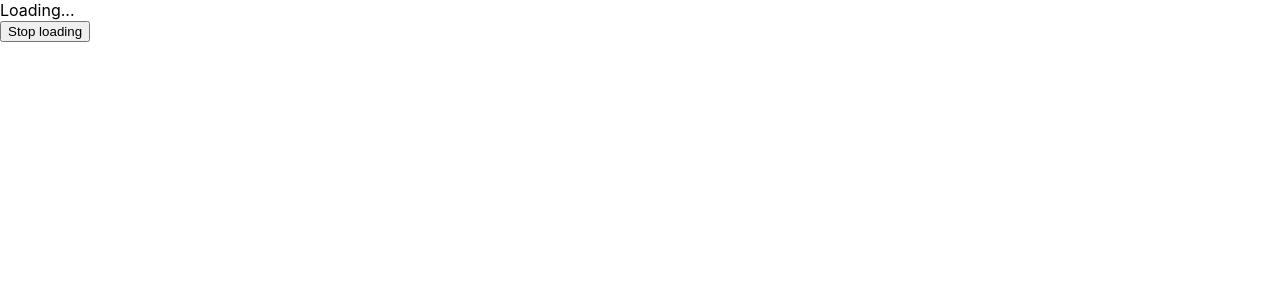
Repository: noeminihoul/testunitaire
Page: /
An editor plug-in stored every save of this project. The page is shown before and after the next save, followed by the edit.
The browser window is 1280 px wide. The pictures show the whole page.
The project was rebuilt for these pictures with package versions that can differ from the ones it lists, and the page was loaded fresh each time. Also part of the build but not shown: src/App.css.

Above is the page before, as saved 2023-05-31 20:07:39.

### src/index.js
import React from 'react';
import ReactDOM from 'react-dom/client';
import './index.css';
import App from './App';
import reportWebVitals from './reportWebVitals';

const root = ReactDOM.createRoot(document.getElementById('root'));
root.render(
  <React.StrictMode>
    <App
      users={[
        { name: "Noémi", role: "administrateur",ceinture:"noire" },
        { name: "Bao", role: "utilisateur",ceinture:"noire" },
        { name: "Nordin", role: "Super admin",ceinture:"jaune" },
        { name: "Dominique", role: "invité",ceinture:"blanche" },
        { name: "Florian", role: "invité",ceinture:"rouge" },
      ]}
      handleClick={() => {console.log("handleClick")}}
      >
    </App>
  </React.StrictMode>
);

// If you want to start measuring performance in your app, pass a function
// to log results (for example: reportWebVitals(console.log))
// or send to an analytics endpoint. Learn more: https://bit.ly/CRA-vitals
reportWebVitals();

### src/App.js
import React, { useState, useEffect } from 'react';
import './App.css';

function App({ users, handleClick }) {
  const [loading, setLoading] = useState(false);

  useEffect(() => {
    setLoading(true);
  }, [])

  return (
    <div>
      {loading &&
      <>
      <div data-testid="loading">Loading...</div>
      <button data-testid="buttonLoading" onClick={() => {setLoading(false)}}>Stop loading</button>
      </>

      }
      {!loading &&
        <a data-testId="linktotest" onClick={() => {
          console.log("click")
          handleClick()
        }}>Click me</a>
      }
    </div>
  );
}

export default App;

Loaded but not shown: public/index.html (common file); src/index.css (common file); src/reportWebVitals.js (common file)

After the next save:
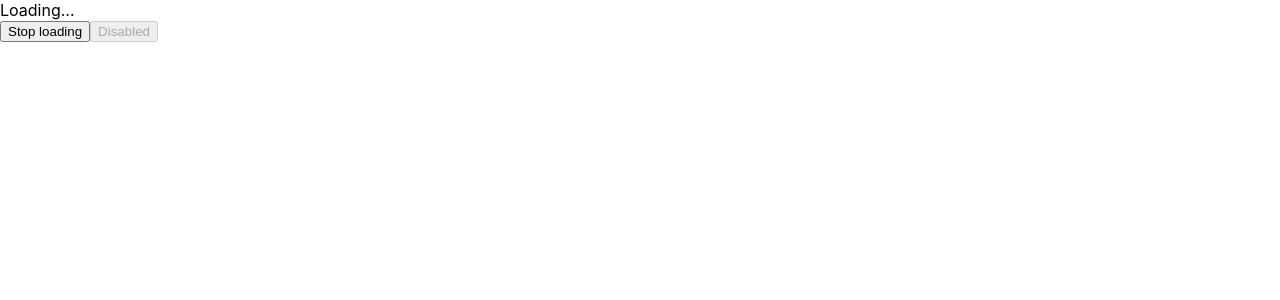
Saved 69 s later.
--- a/src/App.js
+++ b/src/App.js
@@ -14,6 +14,7 @@ function App({ users, handleClick }) {
       <>
       <div data-testid="loading">Loading...</div>
       <button data-testid="buttonLoading" onClick={() => {setLoading(false)}}>Stop loading</button>
+      <button data-testId="buttonDisabled" disabled>Disabled</button>
       </>
 
       }
